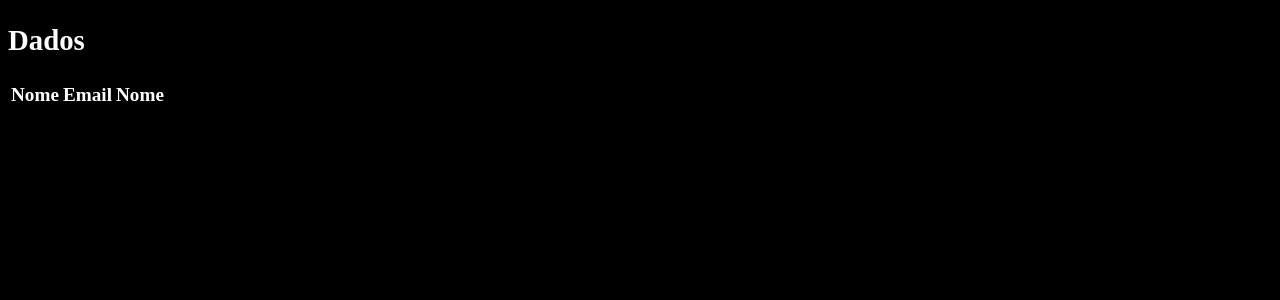
Repository: lucasleitedosreis/exercicios-praticando-typescript
Page: index.html
An editor plug-in stored every save of this project. The page is shown before and after the next save, followed by the edit.
The browser window is 1280 px wide. The pictures show the whole page.
The page's requests for data from a server got no answer.

Above is the page before, as saved 2023-04-15 14:42:08.

### index.html
<!DOCTYPE html>
<html lang="pt-BR">

<head>
    <meta charset="UTF-8">
    <meta http-equiv="X-UA-Compatible" content="IE=edge">
    <meta name="viewport" content="width=device-width, initial-scale=1.0">
    <title>Exercícios TypeScript</title>
    <link rel="stylesheet" href="./src/styles.css">
</head>

<body>
    <h2>Dados</h2>
    <table>
        <thead>
            <tr>
                <th>Nome</th>
                <th>Email</th>
                <th>Nome</th>
            </tr>
        </thead>
    </table>
    <script type="module" src="./dist/script.js"></script>
</body>

</html>

### src/styles.css
body {
  background: #000000;
  color: #fff;
  font-size: 1.2rem;
}

### dist/script.js
import fetchData from "./fetchData.js";
import normalizarTransacao from "./normalizartransacao.js";
async function handleData() {
    const data = await fetchData("https://api.origamid.dev/json/transacoes.json?");
    if (!data)
        return;
    const transacoes = data.map(normalizarTransacao);
    preencherTabela(transacoes);
}
function preencherTabela(transacoes) {
    const tabela = document.querySelector("#tabela tbody");
    if (!tabela)
        return;
    transacoes.forEach((transacao) => {
        tabela.innerHTML += `
    <tr>
      <td>${transacao.nome}</td>
      <td>${transacao.email}</td>
      <td>R$: ${transacao.moeda}</td>
      <td>${transacao.pagamento}</td>
      <td>${transacao.status}</td>
    </tr>
    `;
    });
}
handleData();
//# sourceMappingURL=script.js.map

### dist/fetchData.js
export default async function fetchData(url) {
    try {
        const response = await fetch(url);
        if (!response.ok)
            throw new Error("Erro: " + response.status);
        const json = await response.json();
        return json;
    }
    catch (error) {
        if (error instanceof Error)
            console.log("Ocorreu um Erro ao executar o fetch: " + error.message);
        return null;
    }
}
//# sourceMappingURL=fetchData.js.map

### dist/normalizartransacao.js
import moedaParanumero from "./moedaParaNumero.js";
import stringToDate from "./stringToDate.js";
export default function normalizarTransacao(transacao) {
    return {
        nome: transacao.Nome,
        id: transacao.ID,
        data: stringToDate(transacao.Data),
        status: transacao.Status,
        email: transacao.Email,
        moeda: transacao["Valor (R$)"],
        valor: moedaParanumero(transacao["Valor (R$)"]),
        pagamento: transacao["Forma de Pagamento"],
        novo: Boolean(transacao["Cliente Novo"]),
    };
}
//# sourceMappingURL=normalizartransacao.js.map

### dist/moedaParaNumero.js
export default function moedaParanumero(moeda) {
    const numero = Number(moeda.replaceAll(".", "").replaceAll(",", "."));
    if (isNaN(numero)) {
        return null;
    }
    else {
        return numero;
    }
}
//# sourceMappingURL=moedaParaNumero.js.map

### dist/stringToDate.js
export default function stringToDate(text) {
    const [data, tempo] = text.split(" ");
    const [dia, mes, ano] = data.split("/").map(Number);
    const [horas, minutos] = tempo.split(":").map(Number);
    return new Date(ano, mes - 1, dia, horas, minutos);
}
//# sourceMappingURL=stringToDate.js.map

After the next save:
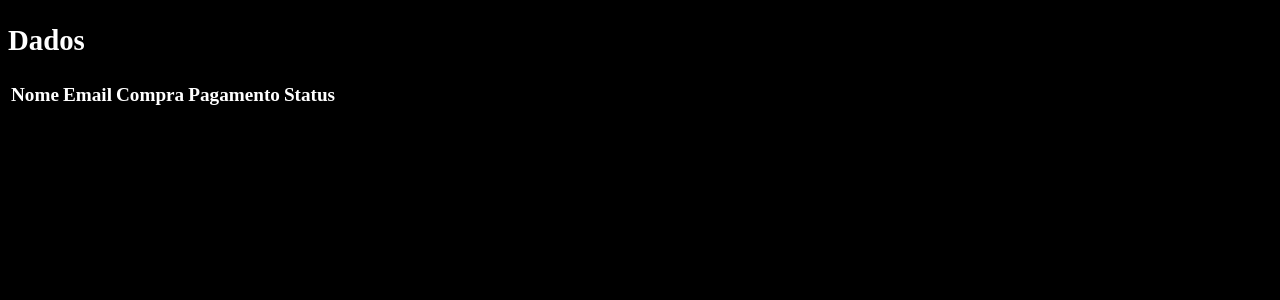
Saved 53 s later.
--- a/index.html
+++ b/index.html
@@ -16,7 +16,9 @@
             <tr>
                 <th>Nome</th>
                 <th>Email</th>
-                <th>Nome</th>
+                <th>Compra</th>
+                <th>Pagamento</th>
+                <th>Status</th>
             </tr>
         </thead>
     </table>
